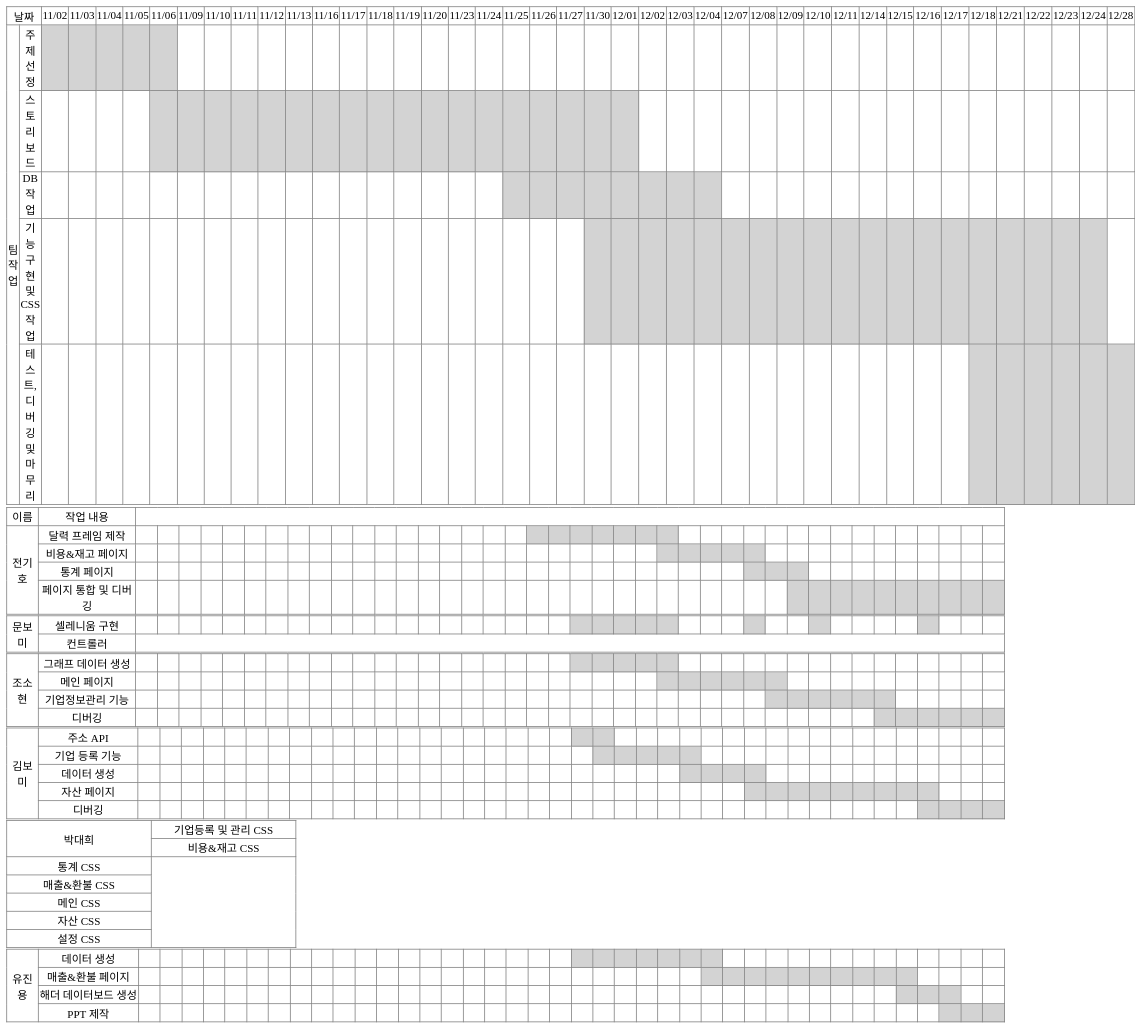
Repository: JEON-KIHO/finalProject
Page: http://localhost/ERP/WEB-INF/views/schedule.jsp
These files come from the project's save history. The page is drawn as it stood at one moment and after the next save; the edit follows.
The browser window is 1280 px wide. The page is 1437 px wide, so the pictures cover 1437 px, including what lies to the right of the window. The pictures show the whole page, at 79% of full size.
The page is served by Tomcat 9. Nobody is signed in. The template is opened directly, without the code that normally fills it, so the values that code supplies are empty.

Above is the page before, as saved 2020-12-24 08:35:03.

After the next save:
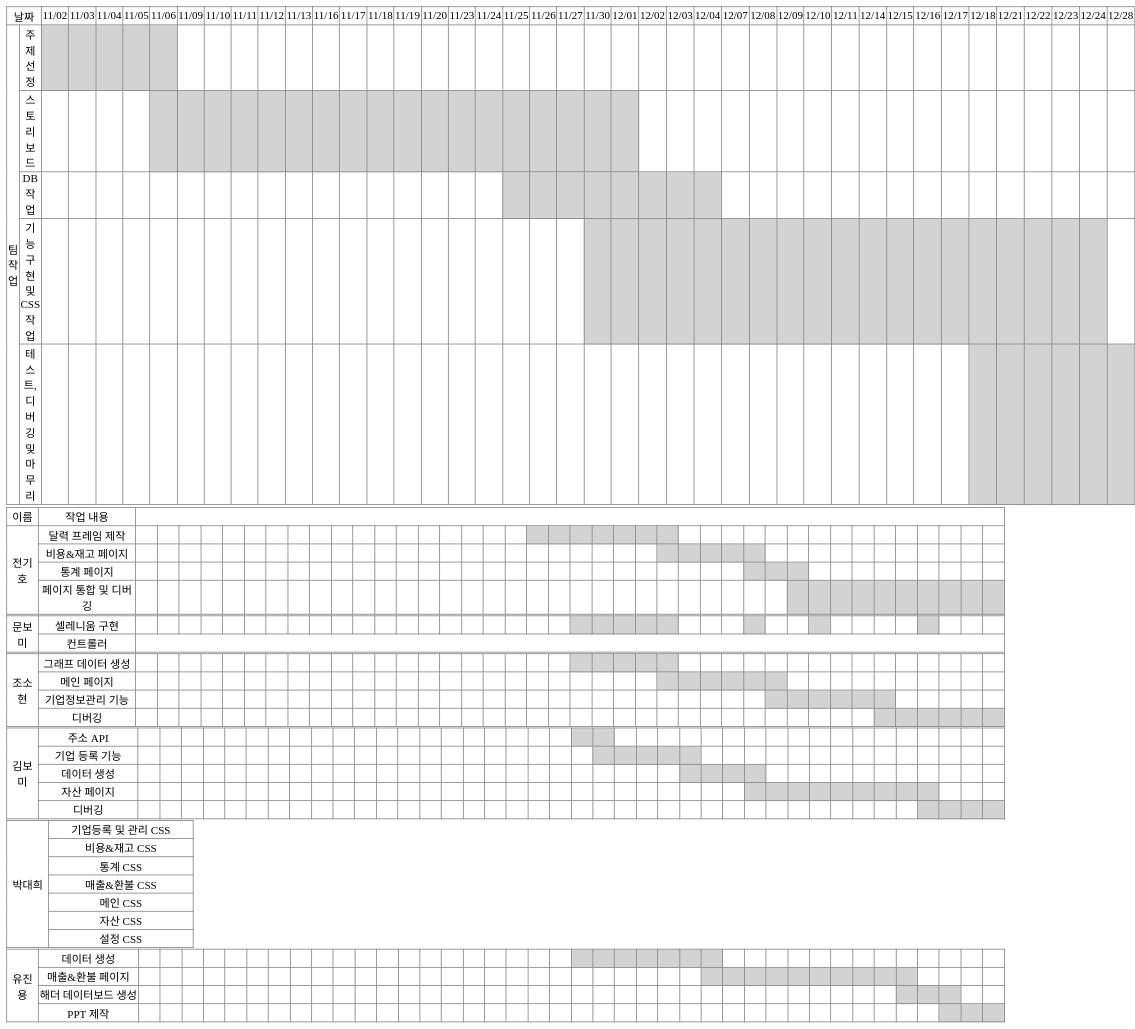
Saved 8 s later.
--- a/ERP/src/main/webapp/WEB-INF/views/schedule.jsp
+++ b/ERP/src/main/webapp/WEB-INF/views/schedule.jsp
@@ -214,7 +214,7 @@
 	</table>
 	<table border=1 style="margin-bottom:1px;">
 
-	<tr><td rowspan=2 style="width:50px;">박대희</td><td class="sub">기업등록 및 관리 CSS</td></tr>
+	<tr><td rowspan=7 style="width:50px;">박대희</td><td class="sub">기업등록 및 관리 CSS</td></tr>
 	<tr><td class="sub">비용&재고 CSS</td></tr>
 	<tr><td class="sub">통계 CSS</td></tr>
 	<tr><td class="sub">매출&환불 CSS</td></tr>
